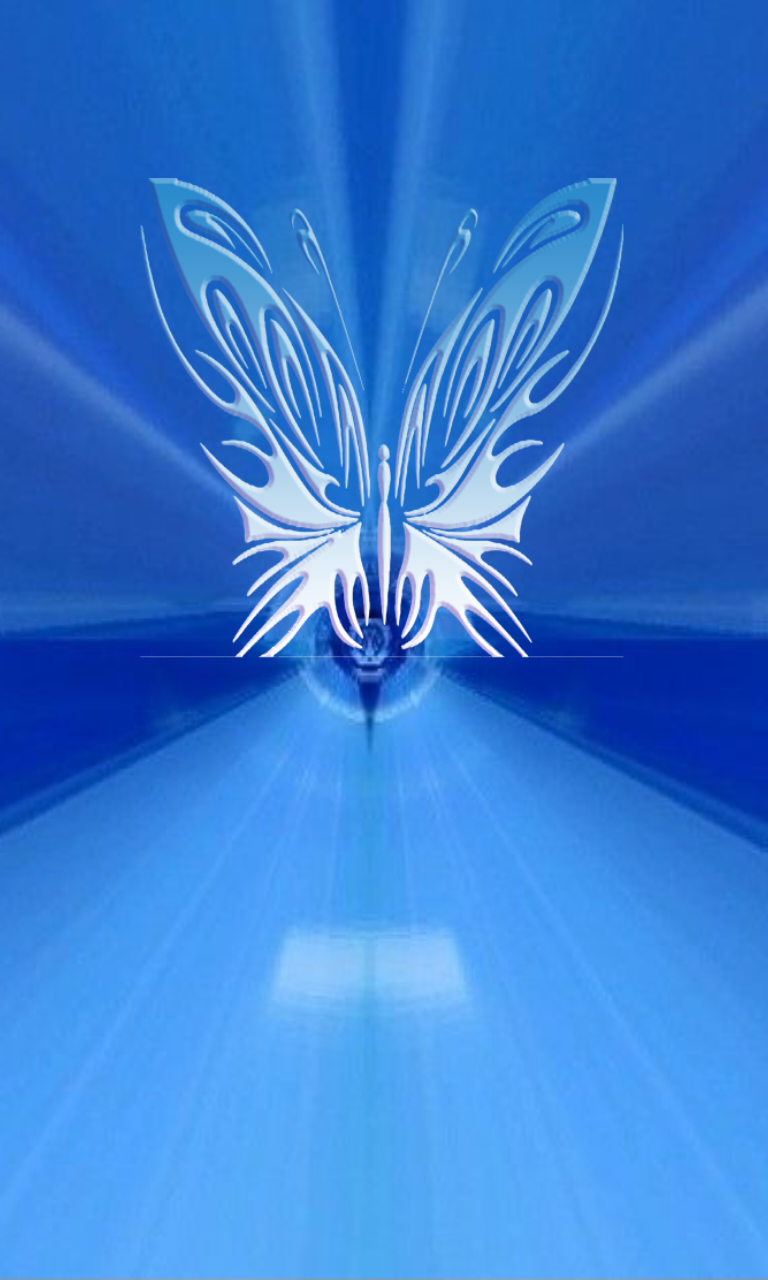
Repository: mimimy/MassagePro
Layout: BLE-Version/MassageTool/res/layout/activity_splash.xml
These files come from the project's save history. The layout is drawn as it stood at one moment and after the next save; the edit follows.
It is drawn on a 768 x 1280 px phone screen (xhdpi) without system bars, with theme AppTheme; the app's code is not run.

Above is the layout before, as saved 2018-07-24 00:45:14.

After the next save:
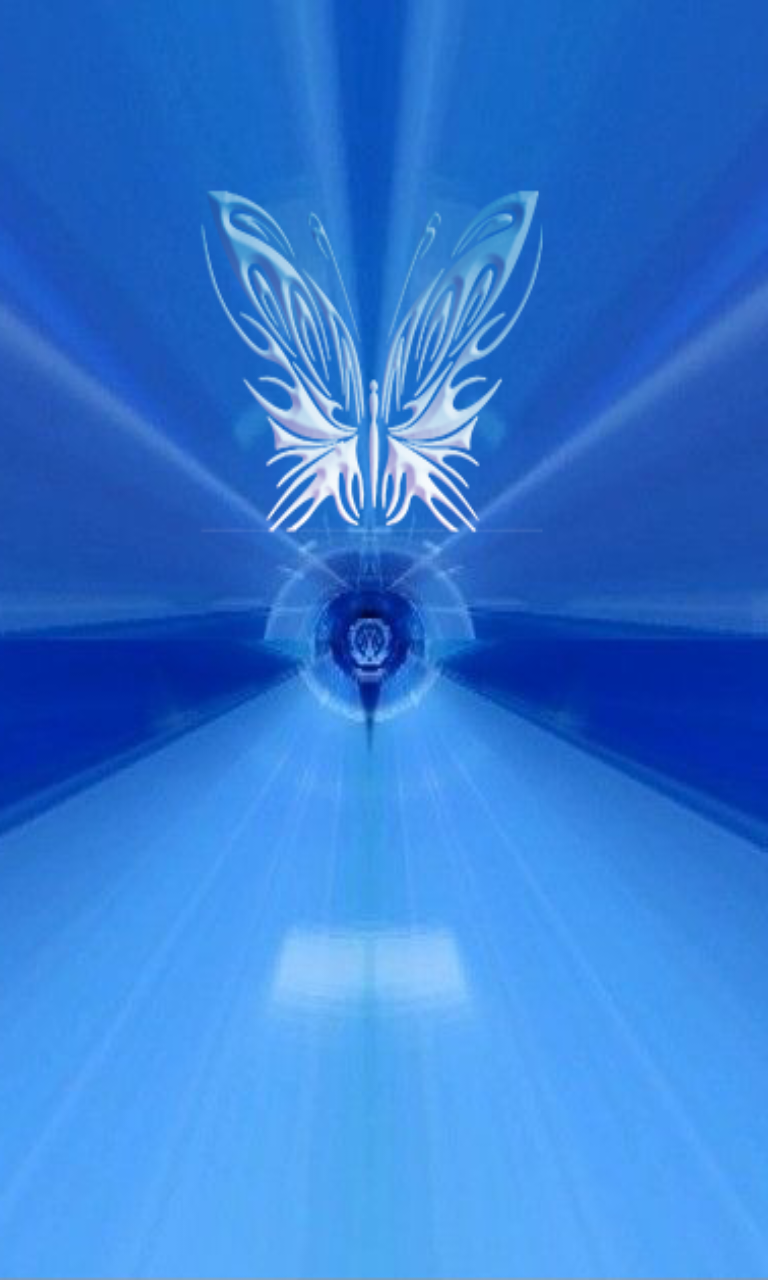
Saved 5 min 54 s later.
--- a/BLE-Version/MassageTool/res/layout/activity_splash.xml
+++ b/BLE-Version/MassageTool/res/layout/activity_splash.xml
@@ -3,15 +3,9 @@
     android:id="@+id/rl_root"
     android:layout_width="match_parent"
     android:layout_height="match_parent"
-    android:background="@drawable/bgm"
+    android:background="@drawable/bkg"
     tools:context="com.example.splash.SplashActivity" >
 
-    <ImageView
-        android:id="@+id/imageView1"
-        android:layout_width="wrap_content"
-        android:layout_height="wrap_content"
-        android:layout_alignParentTop="true"
-        android:layout_margin="70dp"
-        android:src="@drawable/butterfly" />
+
 
 </RelativeLayout>
